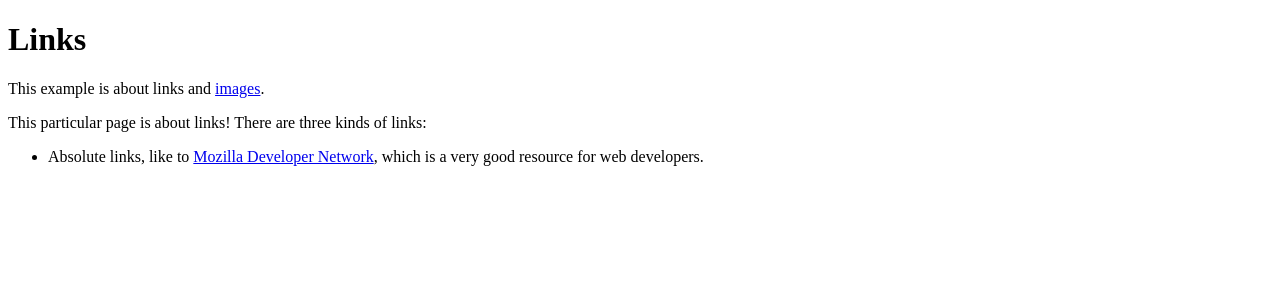
Repository: devinsheldon/CS-260
Page: CS260-F2022/environment/public_html/links-and-images/links.html
The author's editor kept a record of every edit. The page is drawn from the files as they stood at one moment, then again after the next edit.
The browser window is 1280 px wide. The pictures show the whole page.

Above is the page before.

### CS260-F2022/environment/public_html/links-and-images/links.html
<!DOCTYPE html>
<html>
    <head>
        <title>Links</title>
    </head>
    <body>
        <h1>Links</h1>
        <p>This example is about links and <a href='images.html'>images</a>.</p>

        <p>This particular page is about links! There are three kinds of links:</p>

        <ul>
        <!-- Add <li> elements here -->
            <li>Absolute links, like to
            <a href='https://developer.mozilla.org/en-US/docs/Web/HTML'>Mozilla
            Developer Network</a>, which is a very good resource for web
            developers.</li>

        </ul>

    </body>
</html>

After the next edit:
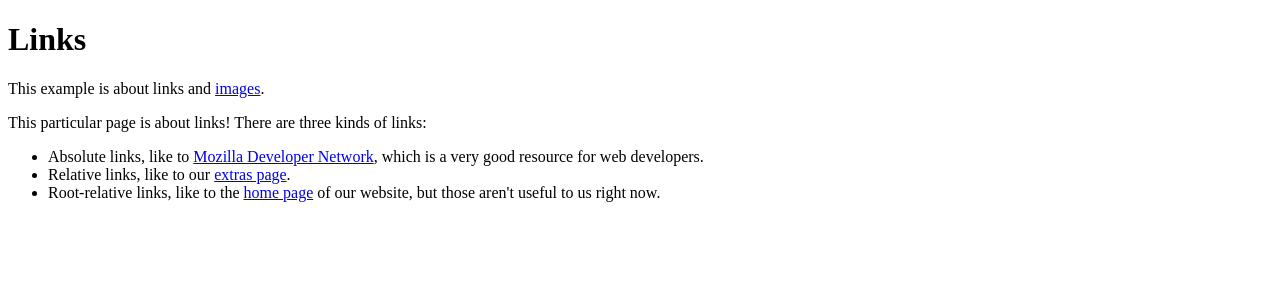
The edit:
--- a/CS260-F2022/environment/public_html/links-and-images/links.html
+++ b/CS260-F2022/environment/public_html/links-and-images/links.html
@@ -16,6 +16,13 @@
             Developer Network</a>, which is a very good resource for web
             developers.</li>
 
+            <li>Relative links, like to our <a href='misc/extras.html'>extras
+                page</a>.</li>
+
+            <!-- This won't work for our local HTML files -->
+            <li>Root-relative links, like to the <a href='/'>home page</a> of our website,
+                but those aren't useful to us right now.</li>
+
         </ul>
 
     </body>
